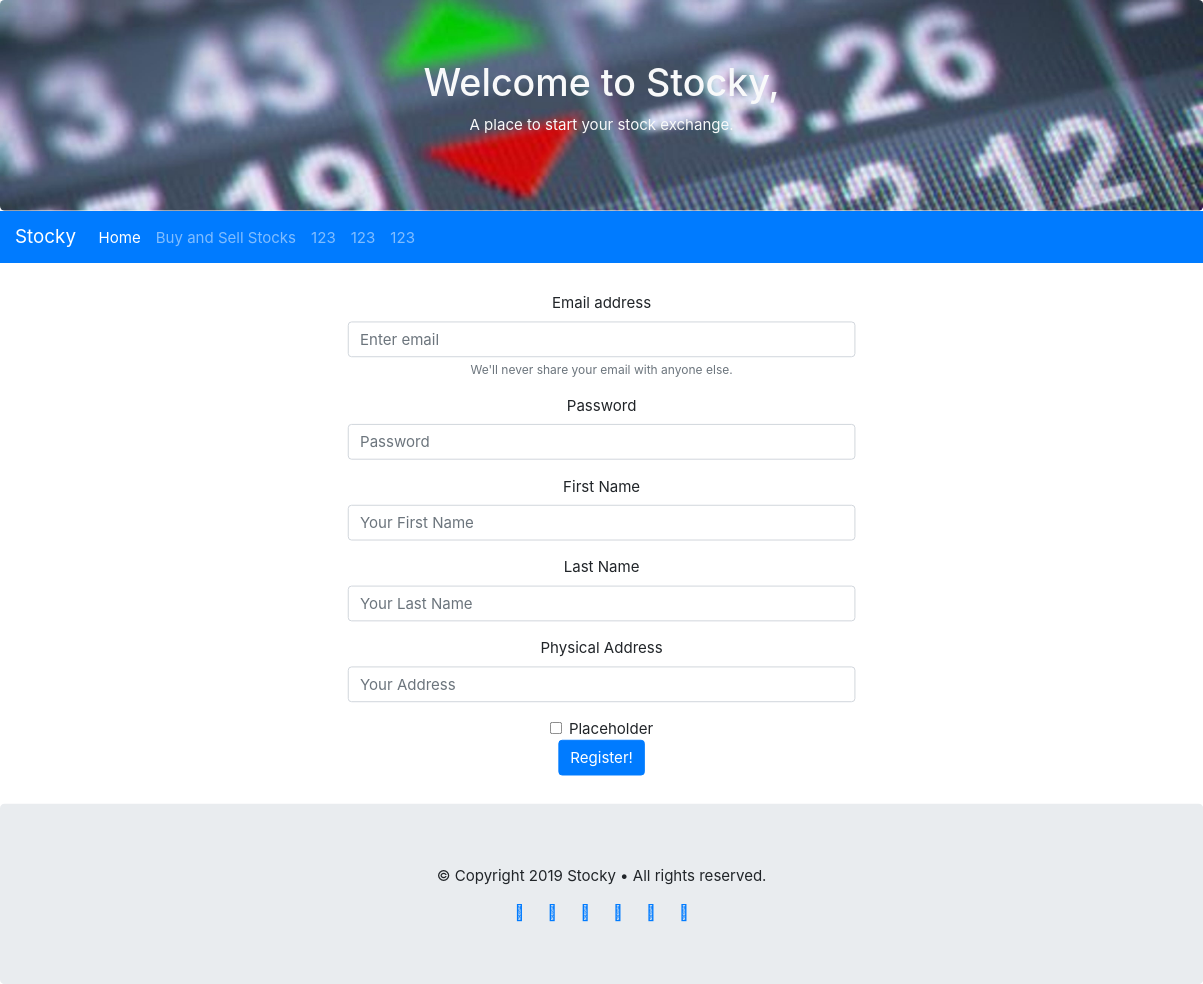
Repository: madfufuu/stocky
Page: http://localhost/stocky/signup.jsp
These files come from the project's save history. The page is drawn as it stood at one moment and after the next save; the edit follows.
The browser window is 1280 px wide. The pictures show the whole page, at 94% of full size.
Some web libraries are served in a nearby version. The page is served by Tomcat 9. Nobody is signed in. The application's start-up code is not run. Other server files are loaded and not shown.

Above is the page before, as saved 2019-11-29 19:09:16.

### stocky-new-master/stocky/WebContent/signup.jsp
<%@ page language="java" contentType="text/html; charset=UTF-8"
    pageEncoding="UTF-8"%>
<%@ page session="false" %>
<!DOCTYPE html>
<html lang="en">
<head>
	<!-- Required meta tags -->
    <meta charset="utf-8">
    <meta name="viewport" content="width=device-width, initial-scale=1, shrink-to-fit=no">

	<!-- Bootstrap CSS -->
	<link rel="stylesheet" href="https://stackpath.bootstrapcdn.com/bootstrap/4.3.1/css/bootstrap.min.css" integrity="sha384-ggOyR0iXCbMQv3Xipma34MD+dH/1fQ784/j6cY/iJTQUOhcWr7x9JvoRxT2MZw1T" crossorigin="anonymous">
	<link rel="stylesheet" type="text/css" href="./style.css">
	<link rel="stylesheet" href="https://cdnjs.cloudflare.com/ajax/libs/font-awesome/4.7.0/css/font-awesome.min.css">

	<title>Registration</title>
</head>

<body>
	<div class="jumbotron text-center" style="margin-bottom:0" id="jumbotron-top">
  		<h1 class="text-light">Welcome to Stocky,</h1>
 		<p class="text-light">A place to start your stock exchange.</p>
	</div>

	<nav class="navbar navbar-expand-lg navbar-dark bg-primary sticky-top">
  		<a class="navbar-brand" href="index.jsp">Stocky</a>
  		<button class="navbar-toggler" type="button" data-toggle="collapse" data-target="#navbarSupportedContent" aria-controls="navbarSupportedContent" aria-expanded="false" aria-label="Toggle navigation">
    		<span class="navbar-toggler-icon"></span>
  		</button>

  		<div class="collapse navbar-collapse" id="navbarSupportedContent">
			<ul class="navbar-nav mr-auto">
				<li class="nav-item active">
					<a class="nav-link" href="index.jsp">Home <span class="sr-only">(current)</span></a>
				</li>

				<li class="nav-item">
					<a class="nav-link" href="#">Buy and Sell Stocks</a>
				</li>

				<li class="nav-item">
					<a class="nav-link" href="#">123</a>
				</li>

				<li class="nav-item">
					<a class="nav-link" href="#">123</a>
				</li>

				<li class="nav-item">
					<a class="nav-link" href="#">123</a>
				</li>

			</ul>

		</div>
	</nav>


	<div class="container">
		<div class="row justify-content-center">
			<form action="http://localhost:8180/webApplication/Registration" method="post" class="col-sm-6"
				id="signupForm">
				<div class="form-group">
					<label for="inputEmail">Email address</label> <input
						type="email" class="form-control" id="inputEmail" name="inputEmail"
						aria-describedby="emailHelp" placeholder="Enter email"> <small
						id="emailHelp" class="form-text text-muted">We'll never
						share your email with anyone else.</small>
				</div>
				<div class="form-group">
					<label for="inputPassword">Password</label> <input
						type="password" class="form-control" id="inputPassword" name="inputPassword"
						placeholder="Password">
				</div>
				<div class="form-group">
					<label for="inputFirstName">First Name</label> <input
						type="text" class="form-control" id="inputFirstName" name="inputFirstName"
						placeholder="Your First Name">
				</div>
				<div class="form-group">
					<label for="inputLastName">Last Name</label> <input
						type="text" class="form-control" id="inputLastName" name="inputLastName"
						placeholder="Your Last Name">
				</div>
				<div class="form-group">
					<label for="inputAddress">Physical Address</label> <input
						type="text" class="form-control" id="inputAddress" name="inputAddress"
						placeholder="Your Address">
				</div>
				<div class="form-check">
					<input type="checkbox" class="form-check-input" id="exampleCheck1">
					<label class="form-check-label" for="exampleCheck1">Placeholder</label>
				</div>
				<button type="submit" class="btn btn-primary">Register!</button>
			</form>
		</div>
	</div>

	<div class="jumbotron text-center" style="margin-bottom:0">
		<p>© Copyright 2019 Stocky • All rights reserved.</p>
		<div>
			<a href="#" class="fab fa-facebook"></a> <a href="#"
				class="fab fa-twitter"></a> <a href="#" class="fab fa-google"></a> <a
				href="#" class="fab fa-linkedin"></a> <a href="#"
				class="fab fa-youtube"></a> <a href="#" class="fab fa-instagram"></a>
		</div>
	</div>



	<!-- Optional JavaScript -->
    <!-- jQuery first, then Popper.js, then Bootstrap JS -->
	<script src="https://code.jquery.com/jquery-3.3.1.slim.min.js" integrity="sha384-q8i/X+965DzO0rT7abK41JStQIAqVgRVzpbzo5smXKp4YfRvH+8abtTE1Pi6jizo" crossorigin="anonymous"></script>
	<script src="https://cdnjs.cloudflare.com/ajax/libs/popper.js/1.14.7/umd/popper.min.js" integrity="sha384-UO2eT0CpHqdSJQ6hJty5KVphtPhzWj9WO1clHTMGa3JDZwrnQq4sF86dIHNDz0W1" crossorigin="anonymous"></script>
	<script src="https://stackpath.bootstrapcdn.com/bootstrap/4.3.1/js/bootstrap.min.js" integrity="sha384-JjSmVgyd0p3pXB1rRibZUAYoIIy6OrQ6VrjIEaFf/nJGzIxFDsf4x0xIM+B07jRM" crossorigin="anonymous"></script>
</body>
</html>

### stocky-new-master/stocky/WebContent/style.css
@charset "UTF-8";
#signin-form-card {
	width: 50%;
}

#signupForm{
	text-align: center;
	margin-top:  30px;
	margin-bottom:  30px;
}

#jumbotron-top {
  background-image: url("assets/jumbotron_bottom.jpg");
  background-size: cover;
}

.fa:hover {
    opacity: 0.7;
}

.fab {
	padding: 10px;
}

#logout-button {
	float: right;
	margin-top: 10px;
}

#addBankAccount-button {
	padding: 15px;
}

After the next save:
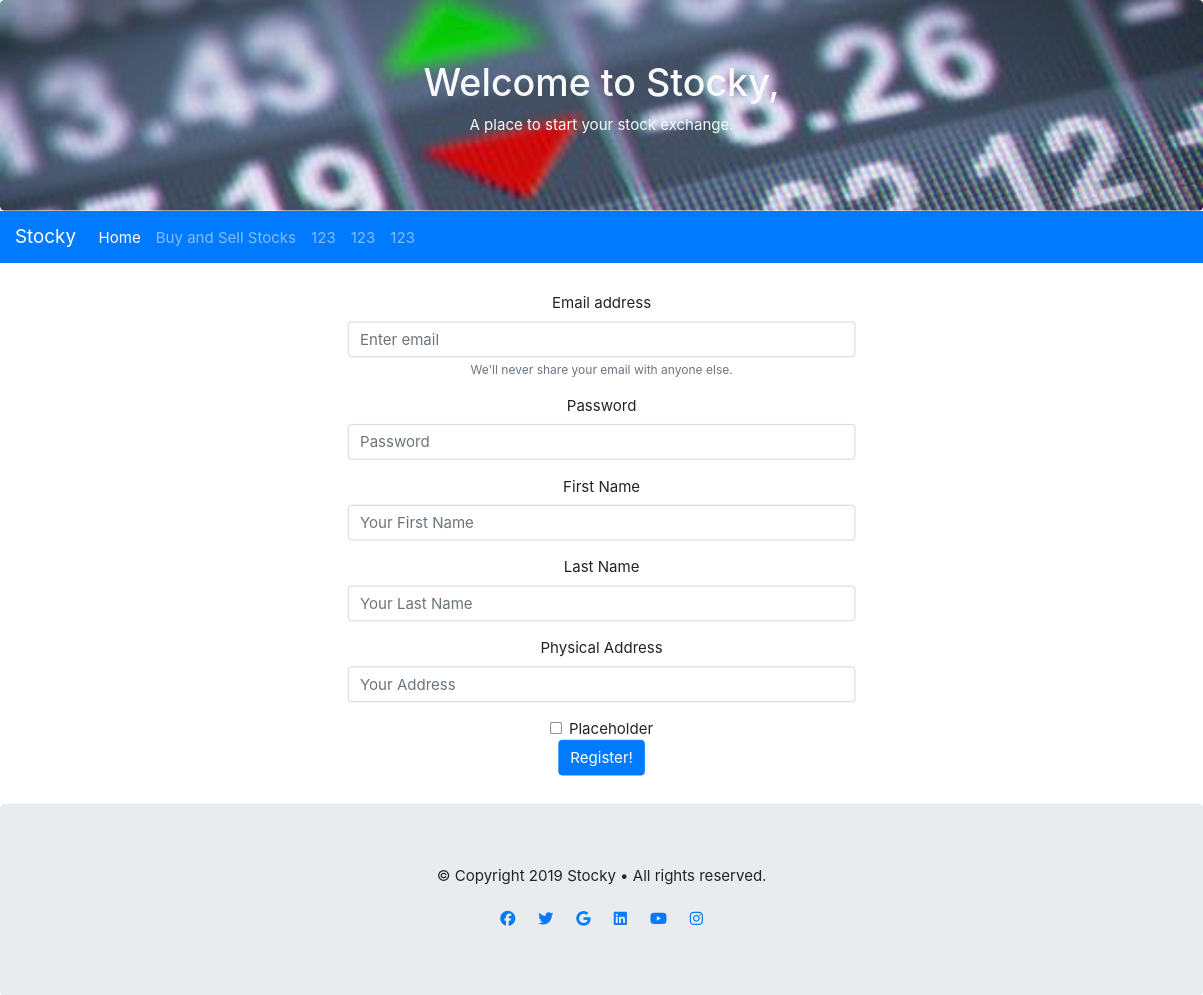
Saved 50 s later.
--- a/stocky-new-master/stocky/WebContent/signup.jsp
+++ b/stocky-new-master/stocky/WebContent/signup.jsp
@@ -113,5 +113,6 @@
 	<script src="https://code.jquery.com/jquery-3.3.1.slim.min.js" integrity="sha384-q8i/X+965DzO0rT7abK41JStQIAqVgRVzpbzo5smXKp4YfRvH+8abtTE1Pi6jizo" crossorigin="anonymous"></script>
 	<script src="https://cdnjs.cloudflare.com/ajax/libs/popper.js/1.14.7/umd/popper.min.js" integrity="sha384-UO2eT0CpHqdSJQ6hJty5KVphtPhzWj9WO1clHTMGa3JDZwrnQq4sF86dIHNDz0W1" crossorigin="anonymous"></script>
 	<script src="https://stackpath.bootstrapcdn.com/bootstrap/4.3.1/js/bootstrap.min.js" integrity="sha384-JjSmVgyd0p3pXB1rRibZUAYoIIy6OrQ6VrjIEaFf/nJGzIxFDsf4x0xIM+B07jRM" crossorigin="anonymous"></script>
+	<script src="https://kit.fontawesome.com/2b9f2b0ca1.js" crossorigin="anonymous"></script>
 </body>
 </html>
